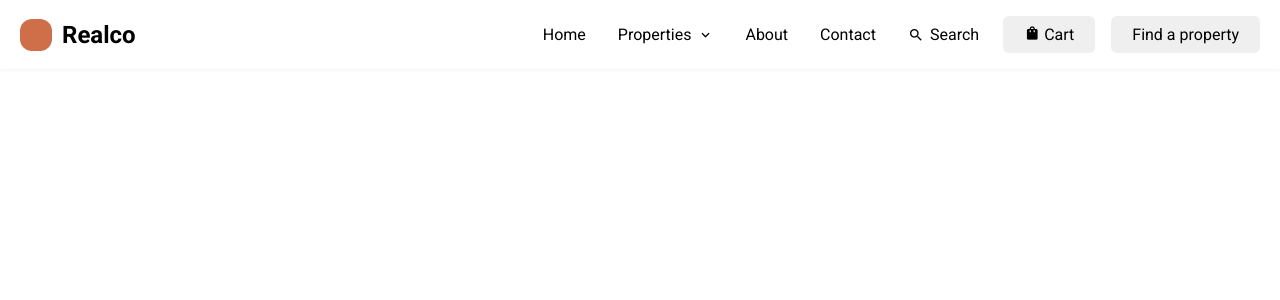
Repository: bek77g/realco
Page: index.html
These files come from the project's save history. The page is drawn as it stood at one moment and after the next save; the edit follows.
The browser window is 1280 px wide. The pictures show the whole page.
The style sheet was rebuilt from its Sass, Less or Tailwind sources for each picture, by a compiler version that may differ from the author's.

Above is the page before, as saved 2023-04-13 21:12:13.

### index.html
<!DOCTYPE html>
<html lang="en">
  <head>
    <meta charset="UTF-8" />
    <meta http-equiv="X-UA-Compatible" content="IE=edge" />
    <meta name="viewport" content="width=device-width, initial-scale=1.0" />
    <title>Realco</title>
    <link rel="preconnect" href="https://fonts.googleapis.com" />
    <link rel="preconnect" href="https://fonts.gstatic.com" crossorigin />
    <link
      href="https://fonts.googleapis.com/css2?family=Roboto:ital,wght@0,400;0,700;0,900;1,400;1,700;1,900&display=swap"
      rel="stylesheet"
    />
    <link
      href="https://fonts.googleapis.com/icon?family=Material+Icons"
      rel="stylesheet"
    />
    <link rel="stylesheet" href="./src/styles/style.css" />
  </head>
  <body>
    <header class="header">
      <div class="container">
        <div class="header__row">
          <div class="logo header__logo">
            <div class="logo__box"></div>
            <h2 class="logo__name">Realco</h2>
          </div>
          <nav class="header__nav">
            <ul class="header__menu">
              <li class="header__menu-item"><a href="#">Home</a></li>
              <li class="header__menu-item">
                <a href="#"
                  >Properties <span class="icon">expand_more</span>
                </a>
              </li>
              <li class="header__menu-item"><a href="#">About</a></li>
              <li class="header__menu-item"><a href="#">Contact</a></li>
              <li class="header__menu-item">
                <a href="#"> <span class="icon">search</span> Search</a>
              </li>
            </ul>
            <div class="header__buttons">
              <button class="header__buttons-btn">
                <span class="icon">shopping_bag</span> Cart
              </button>
              <button class="header__buttons-btn">Find a property</button>
            </div>
          </nav>
        </div>
      </div>
    </header>
    <main></main>
    <footer></footer>
  </body>
</html>

### src/styles/style.scss
@import './reset';

.container {
  max-width: 1320px;
  padding: 0 20px;
  margin: 0 auto;
}

@import './global';
@import './header';

### src/styles/_reset.scss
* {
  margin: 0;
  padding: 0;
  box-sizing: border-box;
}
ul,
ol {
  list-style: none;
}
img {
  width: 100%;
}
a {
  color: inherit;
}
button {
  border: none;
  cursor: pointer;
}
a {
  text-decoration: none;
}

### src/styles/_global.scss
* {
  font-family: 'Roboto', sans-serif;
}

.icon {
  font-family: 'Material Icons';
  font-style: normal;
  font-weight: 400;
  display: block;
  height: -webkit-fit-content;
  height: -moz-fit-content;
  height: fit-content;
}

.logo {
  display: flex;
  align-items: center;
  gap: 10px;
  &__box {
    width: 32px;
    height: 32px;
    background: #cf6f49;
    border-radius: 12px;
  }
  &__name {
    font-weight: bold;
  }
}

### src/styles/_header.scss
.header {
  background: #ffffff;
  box-shadow: 0px 0px 4px rgba(0, 0, 0, 0.08);
  padding: 16px 0;
  &__row {
    display: flex;
    justify-content: space-between;
    align-items: center;
  }
  &__nav {
    display: flex;
    align-items: center;
    gap: 8px;
  }
  &__menu {
    padding: 9px 16px;
    display: flex;
    gap: 32px;
    &-item {
      & a {
        display: flex;
        gap: 6px;
        align-items: center;
      }
    }
  }
  &__buttons {
    display: flex;
    gap: 16px;
    &-btn {
      font-style: normal;
      font-weight: 400;
      font-size: 16px;
      padding: 9px 21px;
      border-radius: 6px;
      display: flex;
      gap: 4px;
    }
  }
}

After the next save:
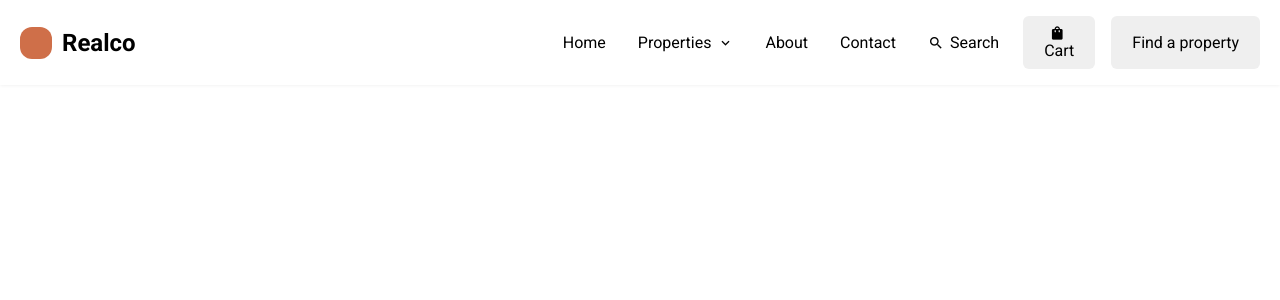
Saved 34 s later.
--- a/src/styles/_header.scss
+++ b/src/styles/_header.scss
@@ -33,8 +33,9 @@
       font-size: 16px;
       padding: 9px 21px;
       border-radius: 6px;
-      display: flex;
-      gap: 4px;
+      & .icon {
+        margin-right: 4px;
+      }
     }
   }
 }

After the save that followed:
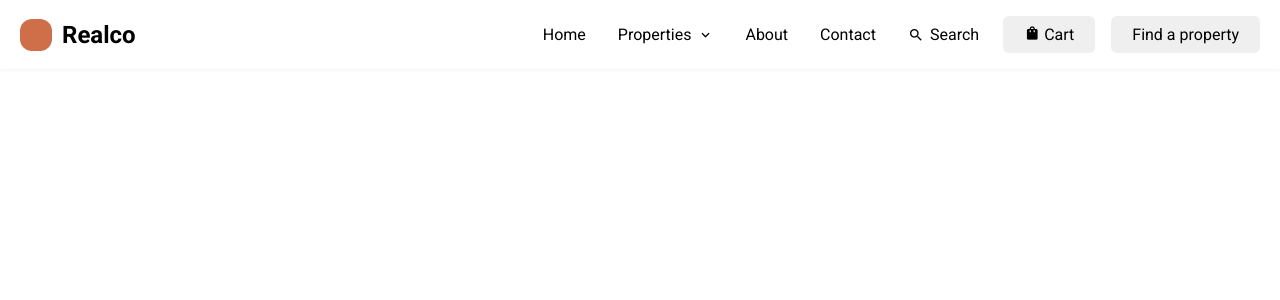
Saved 9 s later.
--- a/src/styles/_header.scss
+++ b/src/styles/_header.scss
@@ -33,9 +33,8 @@
       font-size: 16px;
       padding: 9px 21px;
       border-radius: 6px;
-      & .icon {
-        margin-right: 4px;
-      }
+      display: flex;
+      gap: 4px;
     }
   }
 }
